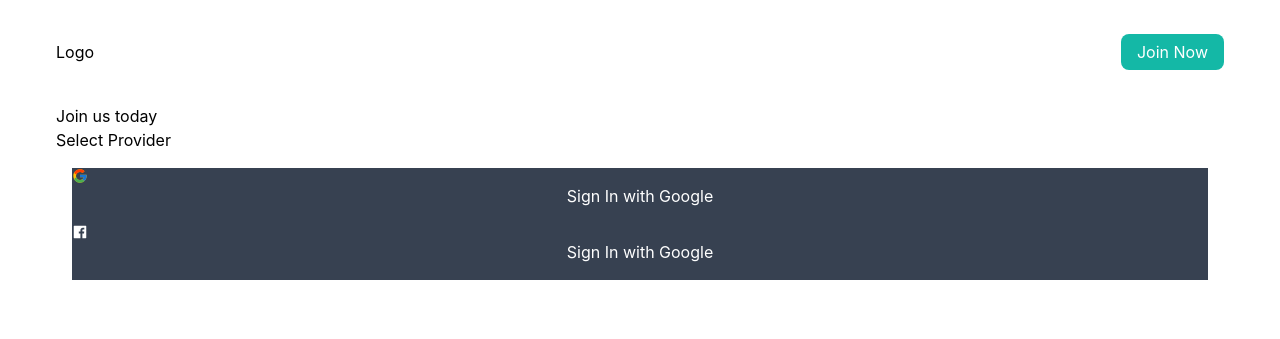
Repository: arafatmollah/auth-app
Page: /auth/login
The author's editor kept a copy of each file at every save. The page is drawn from the files as they stood at one save, then again after the next save.
The browser window is 1280 px wide. The pictures show the whole page.
The project was rebuilt for these pictures with package versions that can differ from the ones it lists, and the page was loaded fresh each time. The framework's server and built-in components were replaced by stand-ins that run in the browser. Also part of the build but not shown: next.config.js.

Above is the page before, as saved 2022-10-03 21:08:52.

After the next save:
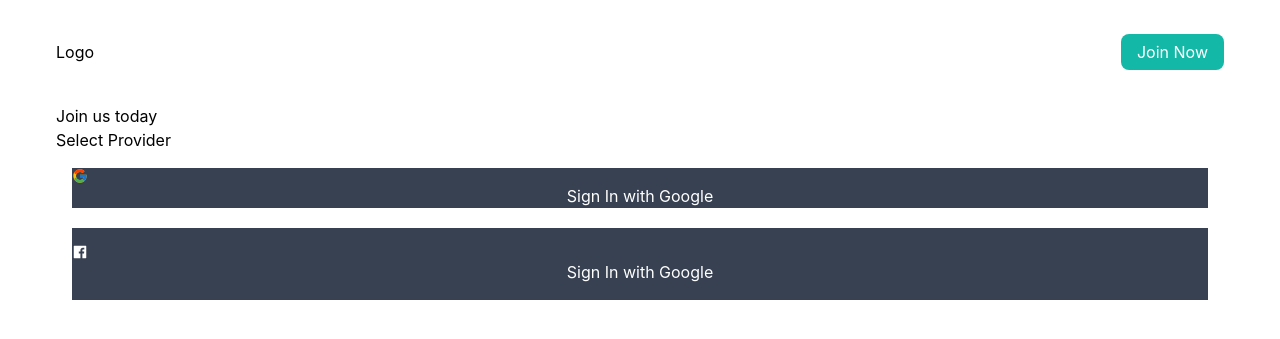
Saved 7 s later.
--- a/pages/auth/login.js
+++ b/pages/auth/login.js
@@ -12,7 +12,7 @@ export default function () {
                 <button className='bg-gray-700 text-white'>
                     <FcGoogle></FcGoogle>
                     Sign In with Google</button>
-                <button className='bg-gray-700 text-white py-4'>
+                <button className='bg-gray-700 text-white py-4 mt-5'>
                     <AiFillFacebook></AiFillFacebook>
                     Sign In with Google</button>
             </div>
